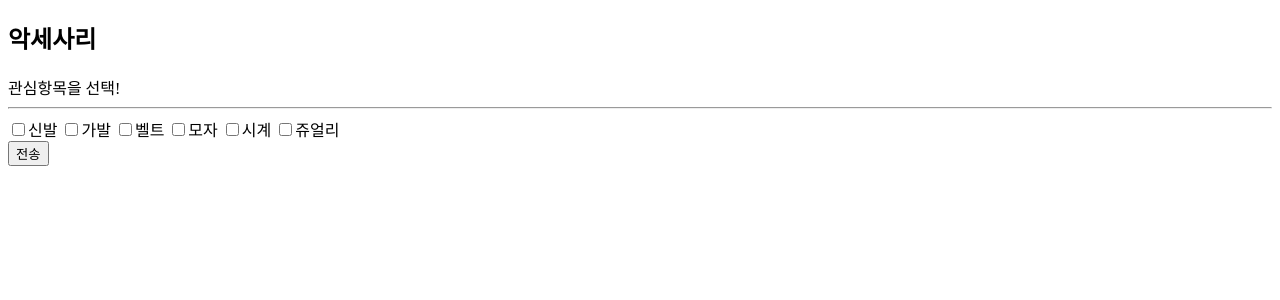
Repository: itrecipe/Web_ez
Page: http://localhost/jspCh02/09_checkbox.jsp
The author's editor kept a copy of each file at every save. The page is drawn from the files as they stood at one save, then again after the next save.
The browser window is 1280 px wide. The pictures show the whole page.
The page is served by Tomcat 9.

Above is the page before, as saved 2023-03-28 02:14:54.

After the next save:
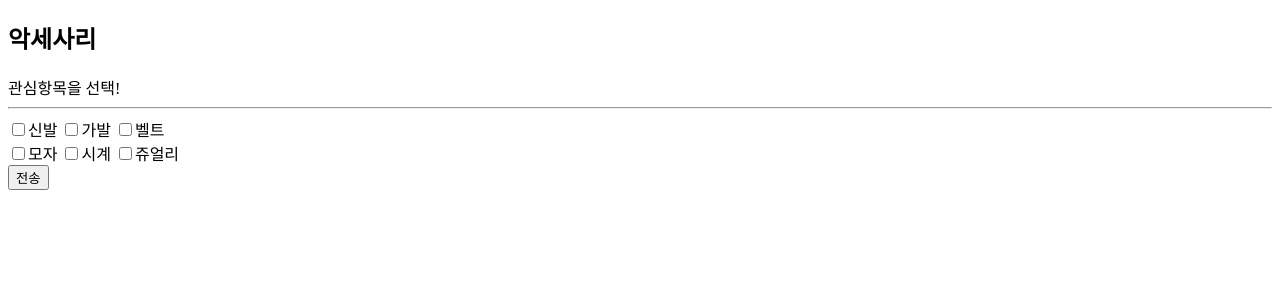
Saved 61 s later.
--- a/jspCh02/src/main/webapp/09_checkbox.jsp
+++ b/jspCh02/src/main/webapp/09_checkbox.jsp
@@ -13,11 +13,10 @@
 	<form method="get" action="cs">
 		<input type="checkbox" name="item" value="신발"/>신발
 		<input type="checkbox" name="item" value="가방"/>가발
-		<input type="checkbox" name="item" value="벨트"/>벨트
+		<input type="checkbox" name="item" value="벨트"/>벨트<br/>
 		<input type="checkbox" name="item" value="모자"/>모자
 		<input type="checkbox" name="item" value="시계"/>시계
-		<input type="checkbox" name="item" value="쥬얼리"/>쥬얼리
-		<br/>
+		<input type="checkbox" name="item" value="쥬얼리"/>쥬얼리<br/>
 		<input type="submit" value="전송"/>
 	</form>
 
